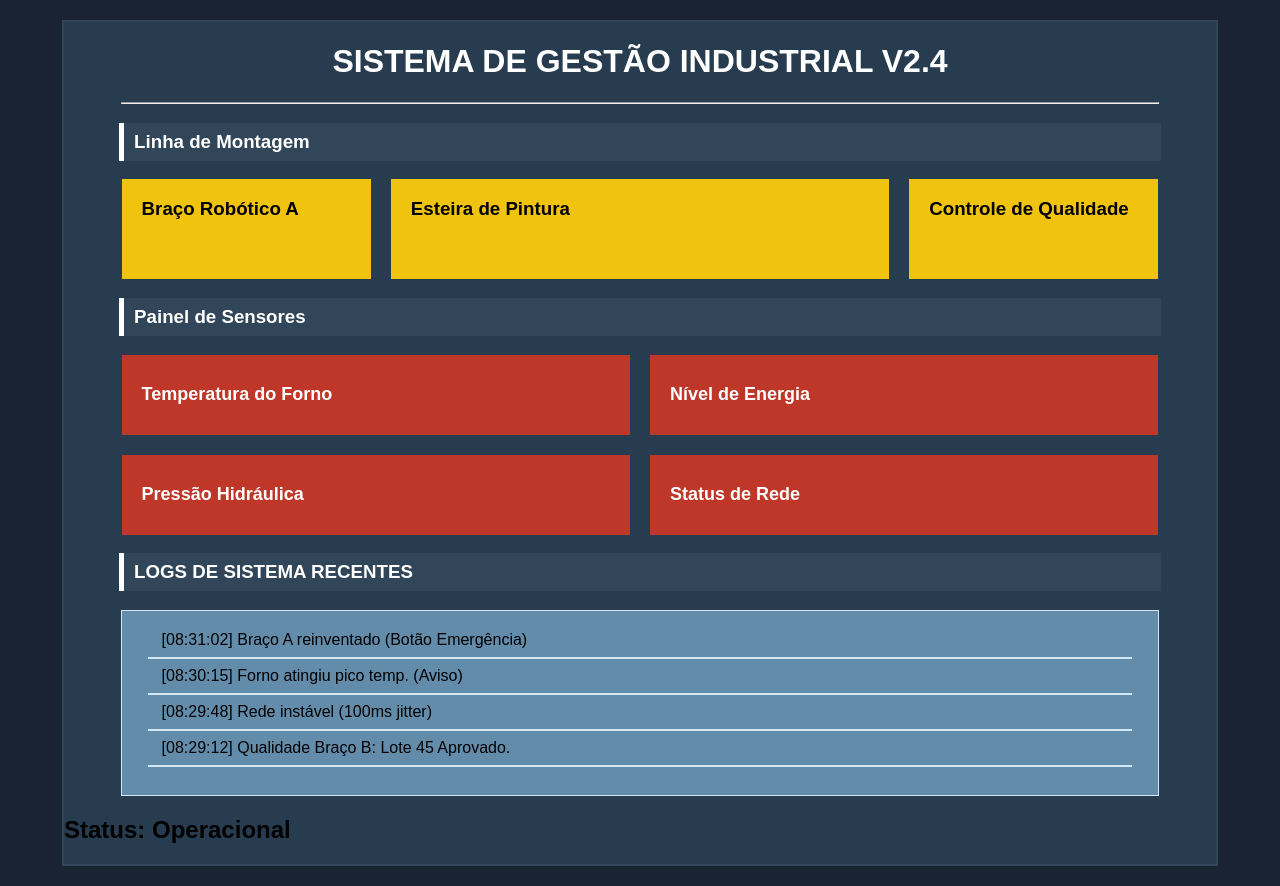
Repository: DanielEDapper/Front-WEG
Page: ProfeIgor/Aula5 - Dashboard Industrial/index.html
The author's editor kept a copy of each file at every save. The page is drawn from the files as they stood at one save, then again after a run of saves.
The browser window is 1280 px wide. The pictures show the whole page.
Some icons come from a web library that is not loaded, so they are not drawn.

Above is the page before, as saved 2026-05-29 20:08:08.

After the next 4 saves:
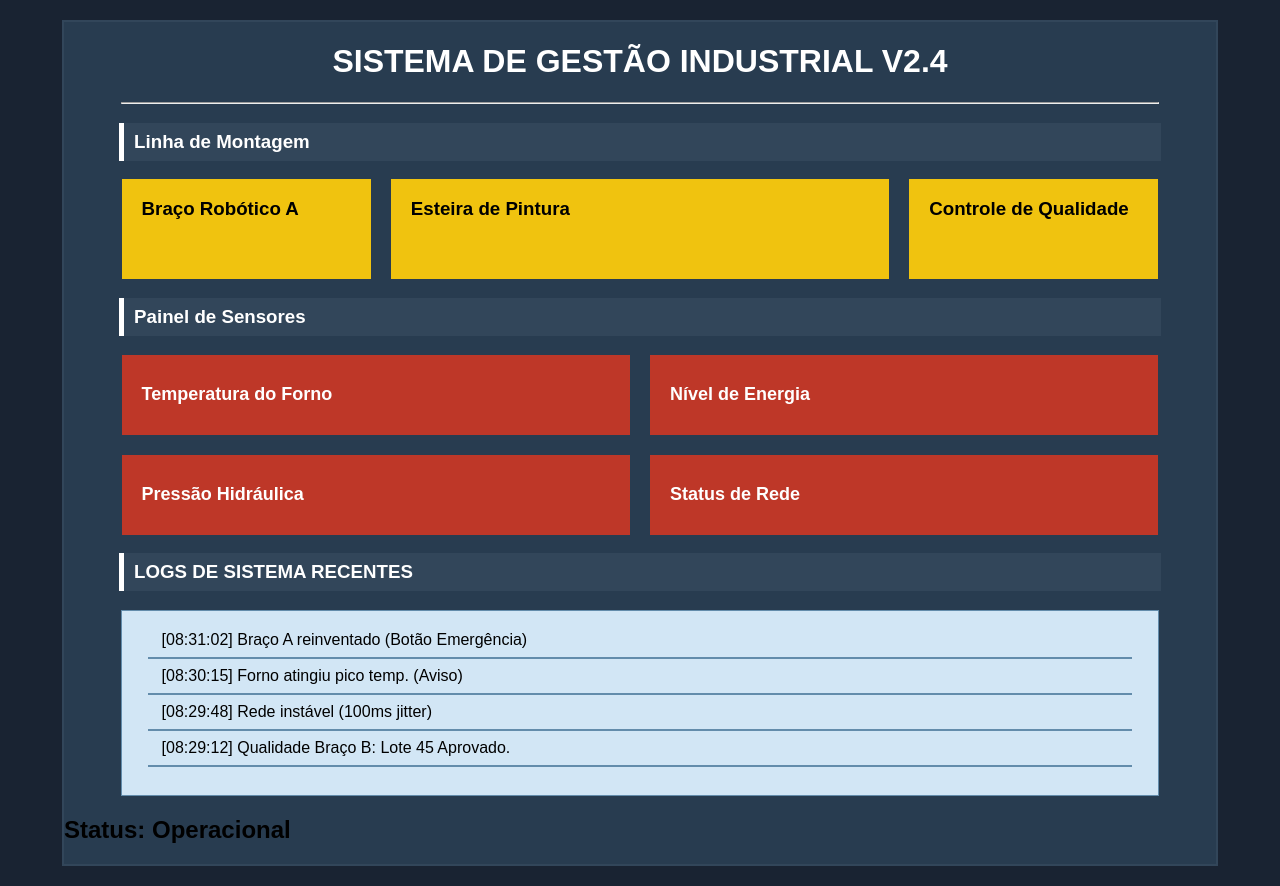
The 4 saves are shown as one change because they came seconds apart.
The last was saved 21 s later.
--- a/ProfeIgor/Aula5 - Dashboard Industrial/style.css
+++ b/ProfeIgor/Aula5 - Dashboard Industrial/style.css
@@ -122,11 +122,11 @@ hr{
 }
 
 .container-logs{
-    background-color: var(--accent-blue);
+    background-color: var(--log-bg);
     width: 90%;
     justify-self: center;
     padding: 20px 0px;
-    border: 1px solid var(--log-bg);
+    border: 1px solid var(--accent-blue);
 }
 
 .container-logs p {
@@ -137,5 +137,5 @@ hr{
     width: 95%;
     border: none;
     height: 2px;
-    background-color: var(--log-bg);
+    background-color: var(--accent-blue);
 }
